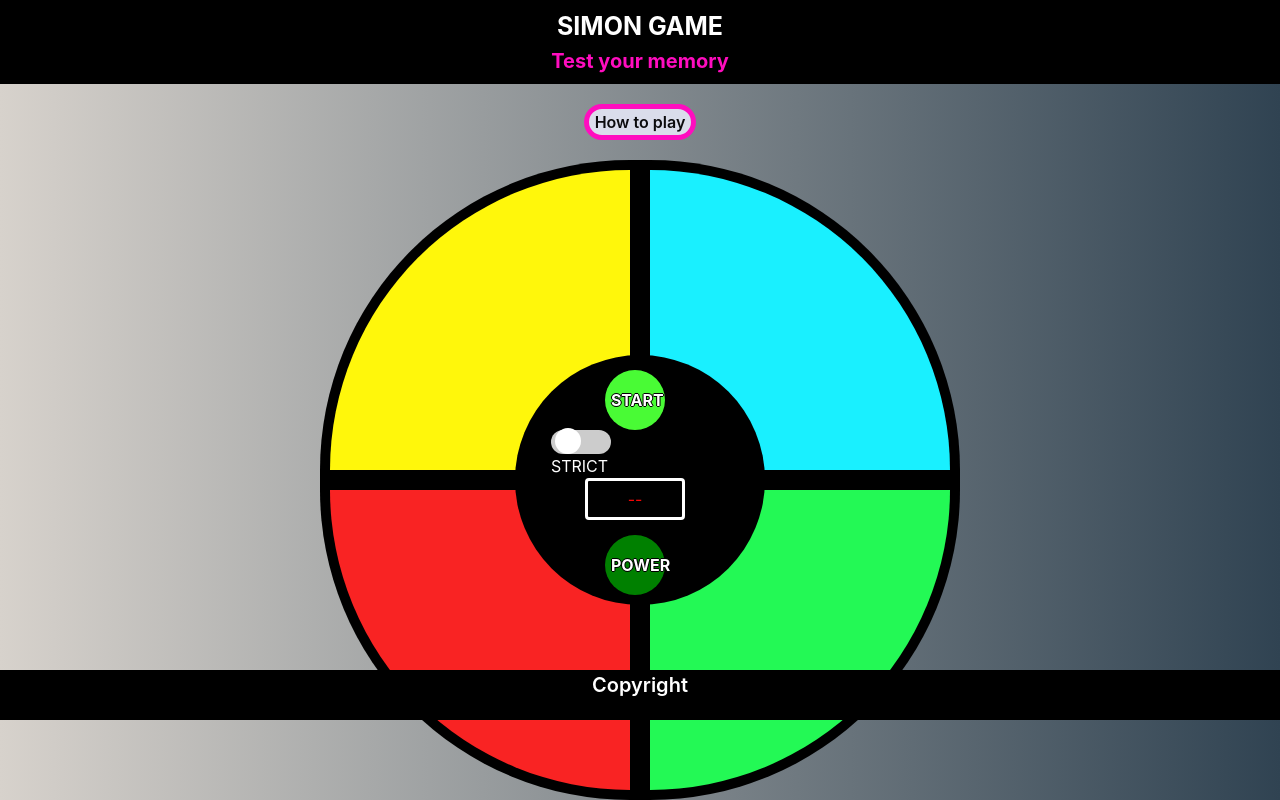
Repository: murphya14/Simon-game
Page: index.html
The author's editor kept a record of every edit. The page is drawn from the files as they stood at one moment, then again after the next edit.
The browser window is 1280 px wide. The pictures show the whole page.
After loading, the first visible `#on` was clicked once.

Above is the page before.

After the next edit:
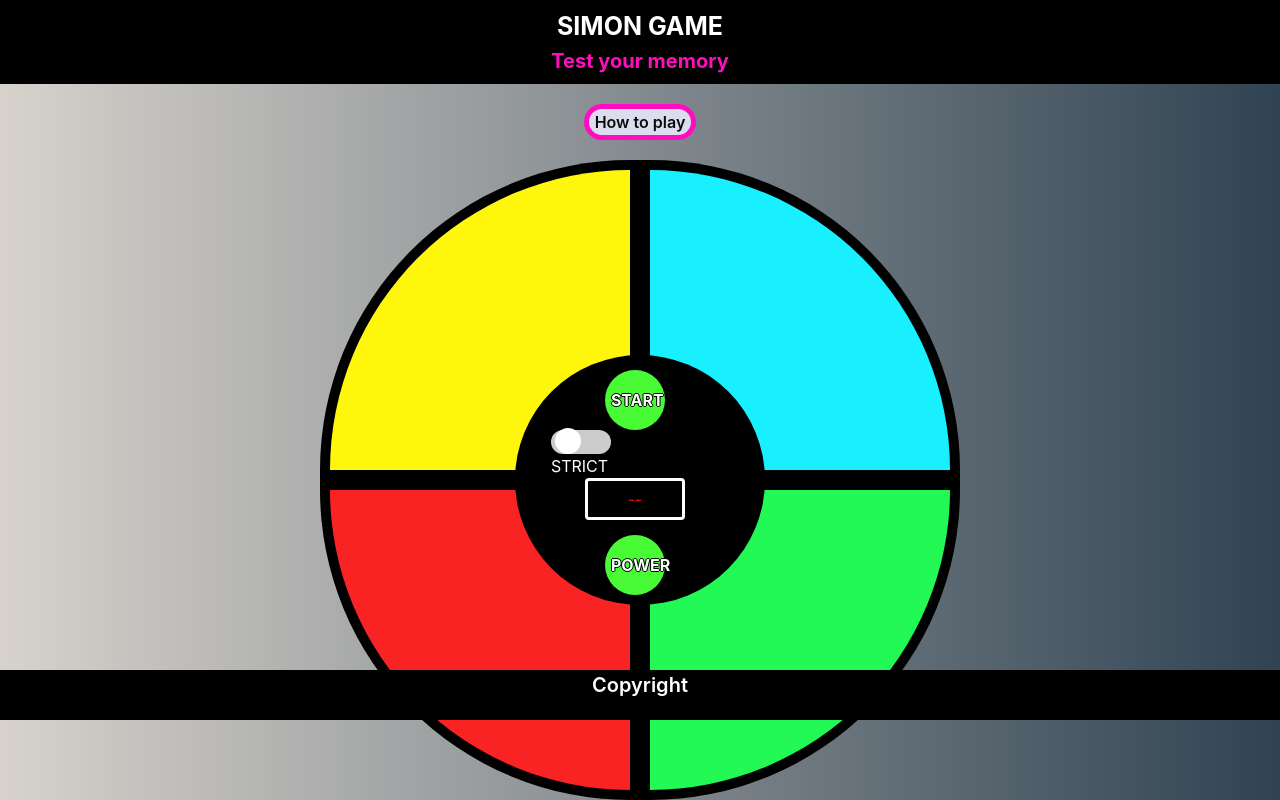
The edit:
--- a/assets/js/make.js
+++ b/assets/js/make.js
@@ -65,7 +65,7 @@
 
 onButton.addEventListener('click', (event) => {
         on =true;
-      $("#on").addClass();
+      $("#on").addClass("begin-game-start");
       flashColor();
       turnCounter.innerHTML = "--";
 });
